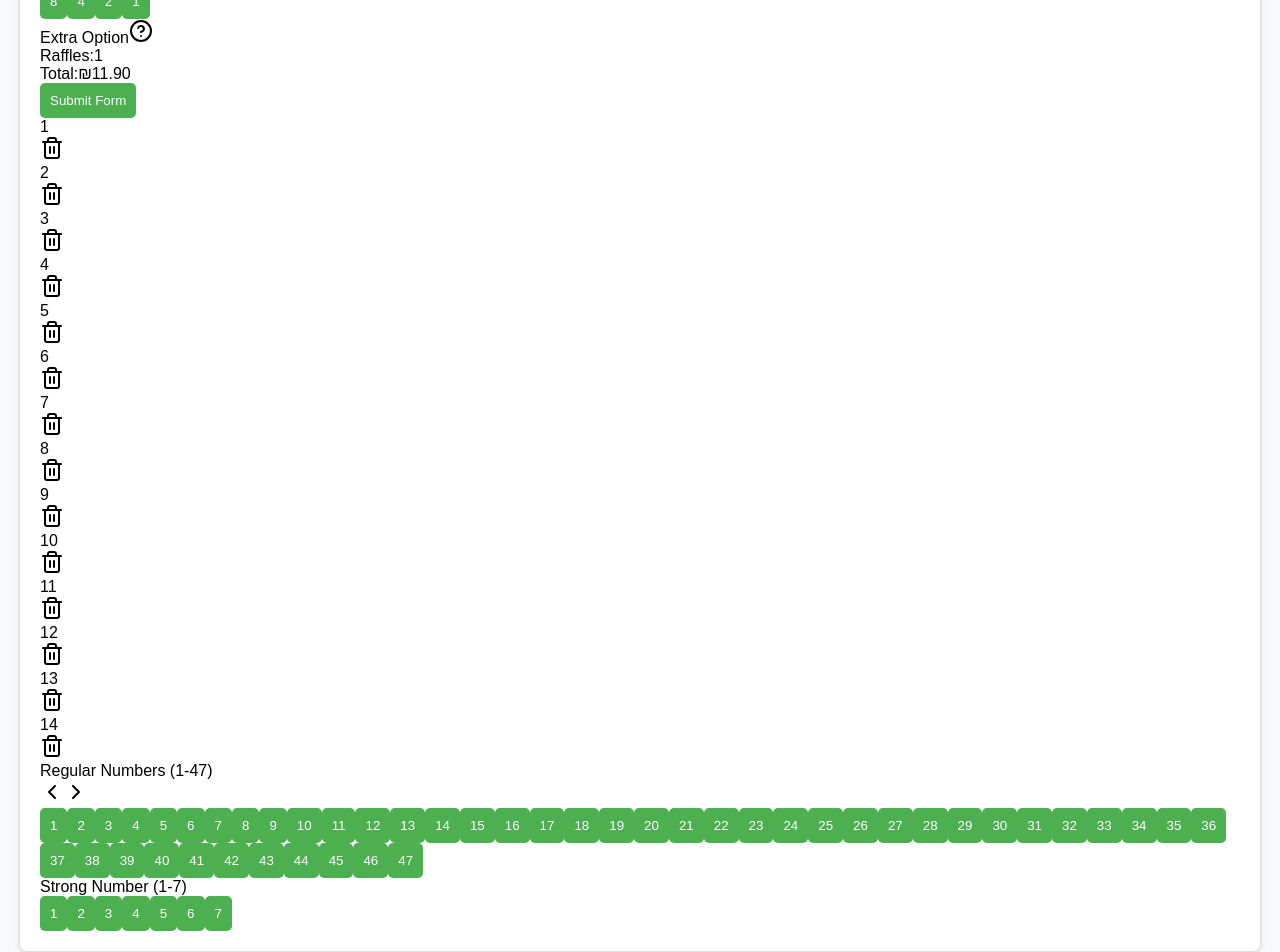
Repository: Giltih/LottoForm1
Page: /
The author's editor kept a copy of each file at every save. The page is drawn from the files as they stood at one save, then again after the next save.
The browser window is 1280 px wide. The pictures show the whole page.
The project was rebuilt for these pictures with package versions that can differ from the ones it lists, and the page was loaded fresh each time. Also part of the build but not shown: vite.config.ts.

Above is the page before, as saved 2025-02-09 20:56:27.

### src/index.css

body {
  font-family: Arial, sans-serif;
  background-color: #f4f4f9;
  margin: 0;
  padding: 0;
}

h1, h2 {
  color: #333;
}

button {
  background-color: #4CAF50;
  color: white;
  border: none;
  border-radius: 5px;
  padding: 10px;
  cursor: pointer;
}

button:hover {
  background-color: #45a049;
}

### src/App.tsx
import React, { useState } from 'react';
import Header from './components/Header';
import LotteryAmountSelector from './components/LotteryAmountSelector';
import ExtraOption from './components/ExtraOption';
import StrongNumberSelector from './components/StrongNumberSelector';
import LottoForm from './components/LottoForm';
import PriceSummary from './components/PriceSummary';
import './App.css';
import LotteryInterface from './components/LottoInterface';

const App: React.FC = () => {
  const tableCount = 2;
  // const [tableCount, setTableCount] = useState(2);
  const [draws, setDraws] = useState(1);
  const [isExtraSelected, setIsExtraSelected] = useState(false);
  const [strongNumber, setStrongNumber] = useState<number>(0);
  const [selectedNumbers, setSelectedNumbers] = useState<number[][]>(
    Array(14).fill([])
  );

  const handleNumberSelect = (tableIndex: number, number: number) => {
    const newSelectedNumbers = [...selectedNumbers];
    const tableNumbers = newSelectedNumbers[tableIndex] || [];

    if (tableNumbers.includes(number)) {
      newSelectedNumbers[tableIndex] = tableNumbers.filter((num) => num !== number);
    } else if (tableNumbers.length < 6) {
      newSelectedNumbers[tableIndex] = [...tableNumbers, number];
    }

    setSelectedNumbers(newSelectedNumbers);
  };

  return (
    <div className="app-container">
      <Header />
      <div className="main-content">
        <LotteryInterface />
        {/* <div className="left-section">
          <LotteryAmountSelector selectedDraws={draws} onChange={setDraws} />
          <ExtraOption isSelected={isExtraSelected} onChange={setIsExtraSelected} />
          <StrongNumberSelector selectedStrongNumber={strongNumber} onStrongNumberSelect={setStrongNumber} />
          <PriceSummary tables={tableCount} draws={draws} isExtraSelected={isExtraSelected} />
        </div>
        <div className='middle-section'>vibe</div>
        <div className="right-section">
          <LottoForm
            tableCount={tableCount}
            selectedNumbers={selectedNumbers}
            onNumberSelect={handleNumberSelect}
          />
        </div> */}
      </div>
    </div>
  );
};

export default App;

### src/components/Header.tsx
import React from 'react';

const Header: React.FC = () => {
  return (
    <header style={{ backgroundColor: '#d32f2f', color: '#fff', padding: '10px', textAlign: 'center' }}>
      <h1>לוטו - הגרלה שבועית</h1>
      <p>בשישי עד: <span style={{ fontWeight: 'bold' }}>80,000,000 ₪</span></p>
      <p>זמן לסגירת ההגרלה: 03:45:17</p>
    </header>
  );
};

export default Header;

### src/App.css
body {
  font-family: Arial, sans-serif;
  background-color: #f8f9fa;
  margin: 0;
  padding: 0;
  display: flex;
  justify-content: center;
  align-items: center;
  height: 100vh;
}

.app-container {
  max-width: 1200px;
  width: 100%;
  background-color: #ffffff;
  border: 1px solid #ddd;
  border-radius: 8px;
  padding: 20px;
  box-shadow: 0 4px 6px rgba(0, 0, 0, 0.1);
}

.main-content {
  display: flex;
  justify-content: space-between;
}

.left-section,
.right-section {
  flex: 1;
  margin: 0 10px;
}

button {
  border: none;
  cursor: pointer;
  transition: background-color 0.3s;
}

button:hover {
  background-color: #b3e5fc;
}

.numbersGrid {
  display: 'grid';
  grid-template-columns: 'repeat(9, 1fr)';
  gap: '5px' ;
}

.numbersGrid button {
  padding: 5px;
  margin: 5px;
  background-color: #817a7a;
  min-width:30px;

}

.numbersGrid button.selected {
  background-color: #487184;
}

### src/components/LottoInterface.tsx
import React, { useState } from 'react';
import { Trash2, HelpCircle, ChevronLeft, ChevronRight } from 'lucide-react';

interface LotteryTable {
  regular: (number | null)[];
  strong: number | null;
}

const LotteryInterface: React.FC = () => {
  const [selectedTable, setSelectedTable] = useState<number>(1);
  const [tables, setTables] = useState<LotteryTable[]>(
    Array.from({ length: 14 }, () => ({
      regular: Array(6).fill(null) as (number | null)[],
      strong: null,
    }))
  );
  const [selectedRaffles, setSelectedRaffles] = useState<number>(1);

  const BASE_PRICE = 11.90;

  const calculateTotalPrice = (raffles: number): string => {
    return (BASE_PRICE * raffles).toFixed(2);
  };

  const handleRaffleSelection = (count: number): void => {
    setSelectedRaffles(count);
  };

  const isNumberSelected = (
    tableIndex: number,
    num: number,
    isStrong: boolean = false
  ): boolean => {
    const table = tables[tableIndex];
    if (isStrong) {
      return table.strong === num;
    }
    return table.regular.includes(num);
  };

  const handleNumberSelection = (
    tableIndex: number,
    num: number,
    isStrong: boolean = false
  ): void => {
    if (isNumberSelected(tableIndex, num, isStrong)) {
      return;
    }

    const newTables = [...tables];
    if (isStrong) {
      newTables[tableIndex].strong = num;
    } else {
      const regularNumbers = newTables[tableIndex].regular;
      const firstEmpty = regularNumbers.indexOf(null);
      if (firstEmpty !== -1) {
        regularNumbers[firstEmpty] = num;
      }
    }
    setTables(newTables);
  };

  const clearTableRow = (tableIndex: number): void => {
    const newTables = [...tables];
    newTables[tableIndex] = {
      regular: Array(6).fill(null) as (number | null)[],
      strong: null,
    };
    setTables(newTables);
  };

  const LeftColumn: React.FC = () => (
    <div className="p-4 h-full bg-gradient-to-br from-blue-50 to-blue-100">
      <div className="space-y-4">
        <div className="bg-white p-4 rounded-lg shadow-md">
          <div className="flex justify-between items-center mb-2">
            <span className="font-medium">Number of Raffles</span>
            <HelpCircle className="w-5 h-5 text-blue-500" />
          </div>
          <div className="grid grid-cols-4 gap-2">
            {[8, 4, 2, 1].map((num) => (
              <button
                key={num}
                onClick={() => handleRaffleSelection(num)}
                className={`p-2 rounded-lg shadow-md transition-all ${
                  selectedRaffles === num
                    ? 'bg-gradient-to-r from-blue-600 to-blue-700 text-white'
                    : 'bg-gradient-to-r from-blue-400 to-blue-500 text-white hover:from-blue-500 hover:to-blue-600'
                }`}
              >
                {num}
              </button>
            ))}
          </div>
        </div>

        <div className="bg-white p-4 rounded-lg shadow-md">
          <div className="flex justify-between items-center">
            <span>Extra Option</span>
            <HelpCircle className="w-5 h-5 text-blue-500" />
          </div>
        </div>

        <div className="mt-auto">
          <div className="space-y-2 bg-white p-4 rounded-lg shadow-md">
            <div className="flex justify-between font-medium">
              <span>Raffles:</span>
              <span>{selectedRaffles}</span>
            </div>
            <div className="flex justify-between text-lg font-bold text-blue-700">
              <span>Total:</span>
              <span>₪{calculateTotalPrice(selectedRaffles)}</span>
            </div>
          </div>
          <button className="w-full mt-4 bg-gradient-to-r from-green-500 to-green-600 text-white p-3 rounded-lg shadow-md hover:from-green-600 hover:to-green-700 transition-all font-medium">
            Submit Form
          </button>
        </div>
      </div>
    </div>
  );

  const MiddleColumn: React.FC = () => (
    <div className="p-4 h-full bg-gradient-to-br from-gray-50 to-gray-100">
      <div className="space-y-2">
        {tables.map((table, tableIndex) => (
          <div
            key={tableIndex}
            className={`p-2 rounded-lg cursor-pointer transition-all ${
              selectedTable === tableIndex + 1
                ? 'border-2 border-blue-500 bg-white shadow-lg'
                : 'border border-gray-200 bg-white shadow hover:border-blue-300'
            }`}
            onClick={() => setSelectedTable(tableIndex + 1)}
          >
            <div className="flex items-center space-x-2">
              <span className="w-6 font-medium text-blue-600">
                {tableIndex + 1}
              </span>
              <div className="flex-1 grid grid-cols-7 gap-2">
                {table.regular.map((num, i) => (
                  <div
                    key={i}
                    className="w-8 h-8 border rounded-lg flex items-center justify-center bg-gradient-to-br from-blue-50 to-blue-100 font-medium text-blue-700"
                  >
                    {num}
                  </div>
                ))}
                <div className="w-8 h-8 border rounded-lg flex items-center justify-center bg-gradient-to-br from-yellow-50 to-yellow-100 font-medium text-yellow-700">
                  {table.strong}
                </div>
              </div>
              <Trash2
                className="w-5 h-5 text-gray-400 cursor-pointer hover:text-red-500 transition-colors"
                onClick={(e) => {
                  e.stopPropagation();
                  clearTableRow(tableIndex);
                }}
              />
            </div>
          </div>
        ))}
      </div>
    </div>
  );

  const RightColumn: React.FC = () => {
    const regularNumbers: number[] = Array.from({ length: 47 }, (_, i) => i + 1);
    const strongNumbers: number[] = Array.from({ length: 7 }, (_, i) => i + 1);

    const getNumberButtonClass = (
      number: number,
      isStrong: boolean = false
    ): string => {
      const baseClass =
        'w-8 h-8 text-sm rounded-lg shadow transition-all font-medium ';
      const isSelected = isNumberSelected(selectedTable - 1, number, isStrong);

      if (isStrong) {
        return (
          baseClass +
          (isSelected
            ? 'bg-yellow-500 text-white cursor-not-allowed'
            : 'bg-gradient-to-br from-yellow-50 to-yellow-100 hover:from-yellow-100 hover:to-yellow-200 text-yellow-700')
        );
      }

      return (
        baseClass +
        (isSelected
          ? 'bg-blue-500 text-white cursor-not-allowed'
          : 'bg-gradient-to-br from-blue-50 to-blue-100 hover:from-blue-100 hover:to-blue-200 text-blue-700')
      );
    };

    return (
      <div className="p-4 h-full bg-gradient-to-br from-gray-50 to-gray-100">
        <div className="space-y-4">
          <div className="flex justify-between items-center">
            <span className="font-medium text-blue-700">
              Regular Numbers (1-47)
            </span>
            <div className="flex space-x-2">
              <ChevronLeft className="w-5 h-5 text-blue-500" />
              <ChevronRight className="w-5 h-5 text-blue-500" />
            </div>
          </div>

          <div className="grid grid-cols-7 gap-2">
            {regularNumbers.map((num) => (
              <button
                key={num}
                className={getNumberButtonClass(num)}
                onClick={() => handleNumberSelection(selectedTable - 1, num)}
                disabled={isNumberSelected(selectedTable - 1, num)}
              >
                {num}
              </button>
            ))}
          </div>

          <div className="mt-8">
            <span className="font-medium text-yellow-700">
              Strong Number (1-7)
            </span>
            <div className="grid grid-cols-7 gap-2 mt-2">
              {strongNumbers.map((num) => (
                <button
                  key={num}
                  className={getNumberButtonClass(num, true)}
                  onClick={() =>
                    handleNumberSelection(selectedTable - 1, num, true)
                  }
                  disabled={isNumberSelected(selectedTable - 1, num, true)}
                >
                  {num}
                </button>
              ))}
            </div>
          </div>
        </div>
      </div>
    );
  };

  return (
    <div className="grid grid-cols-3 gap-4 p-4">
      <LeftColumn />
      <MiddleColumn />
      <RightColumn />
    </div>
  );
};

export default LotteryInterface;

Loaded but not shown: index.html (common file); src/main.tsx (common file)

After the next save:
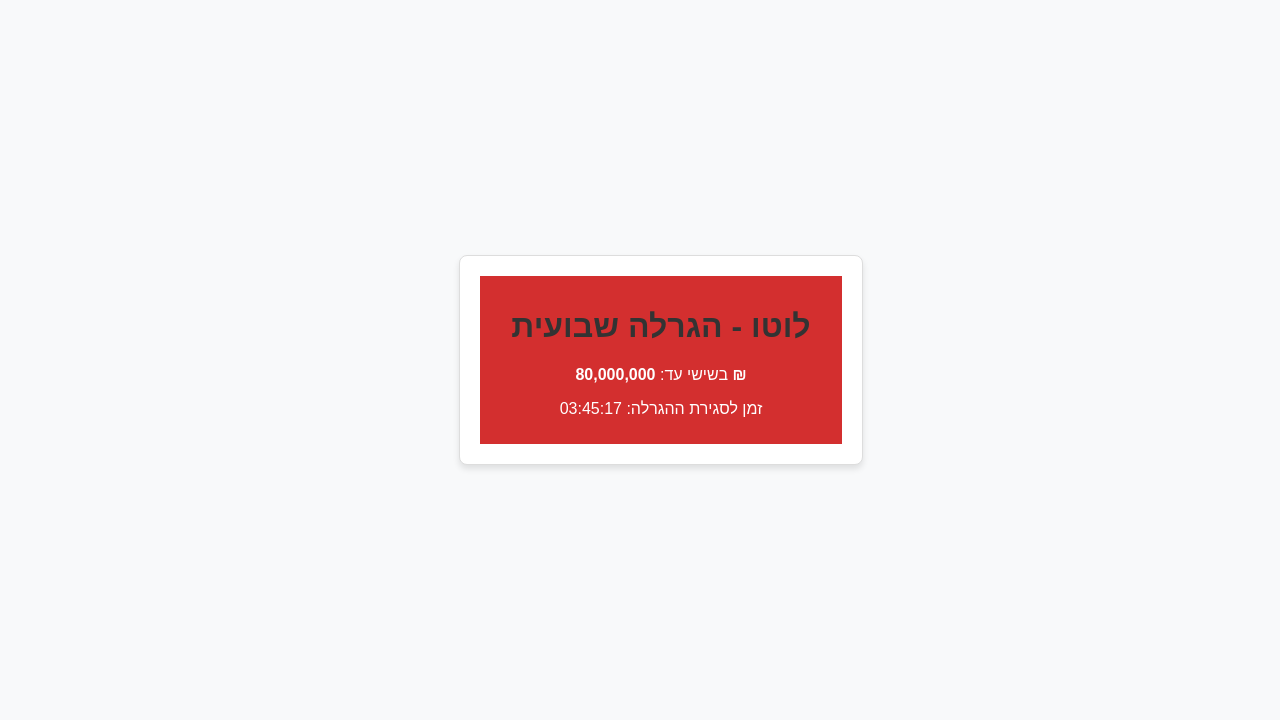
Saved 115 s later.
--- a/src/App.tsx
+++ b/src/App.tsx
@@ -35,7 +35,7 @@ const App: React.FC = () => {
     <div className="app-container">
       <Header />
       <div className="main-content">
-        <LotteryInterface />
+        {/* <LotteryInterface /> */}
         {/* <div className="left-section">
           <LotteryAmountSelector selectedDraws={draws} onChange={setDraws} />
           <ExtraOption isSelected={isExtraSelected} onChange={setIsExtraSelected} />
